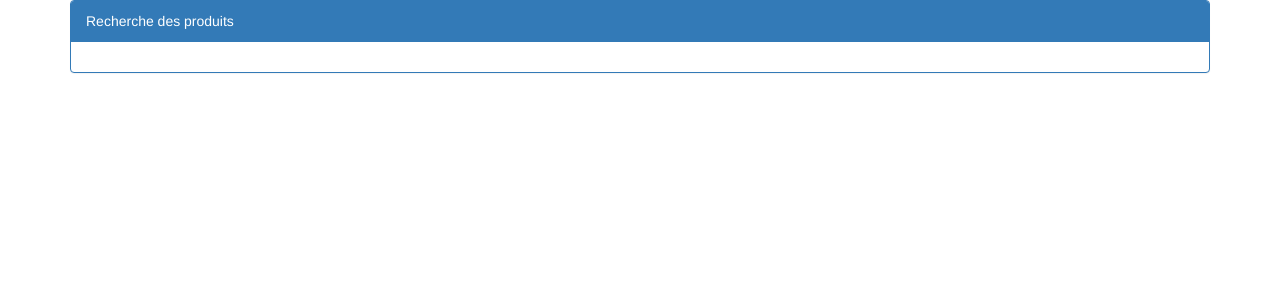
Repository: lamyita/App_Add_Product
Page: http://localhost/TP_CAT/produits.jsp
The author's editor kept a copy of each file at every save. The page is drawn from the files as they stood at one save, then again after the next save.
The browser window is 1280 px wide. The pictures show the whole page.
The page is served by Tomcat 9.

Above is the page before, as saved 2021-02-03 14:02:30.

After the next save:
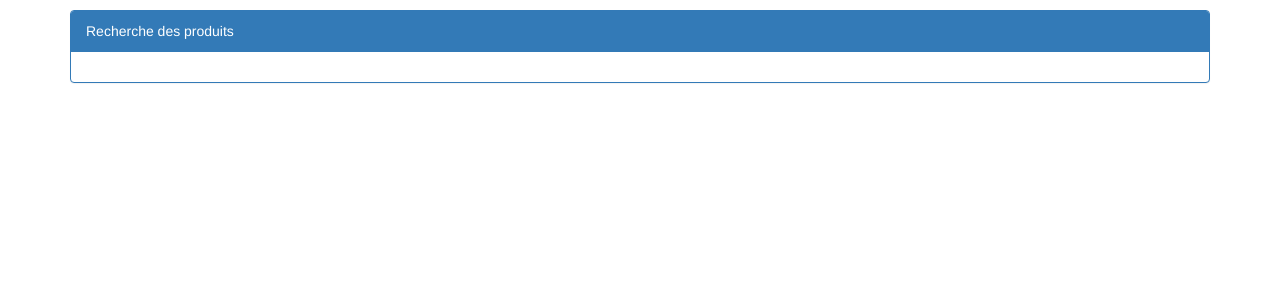
Saved 3 min 58 s later.
--- a/larchitecture JEE/TP_CAT/WebContent/produits.jsp
+++ b/larchitecture JEE/TP_CAT/WebContent/produits.jsp
@@ -7,6 +7,7 @@
 <link rel="stylesheet" href="https://maxcdn.bootstrapcdn.com/bootstrap/3.3.7/css/bootstrap.min.css" integrity="sha384-BVYiiSIFeK1dGmJRAkycuHAHRg32OmUcww7on3RYdg4Va+PmSTsz/K68vbdEjh4u" crossorigin="anonymous">
 </head>
 <body>
+<p></p>
 <div class="container com-md-10">
 <div class="panel panel-primary">
 <div class="panel-heading"> Recherche des produits</div>
